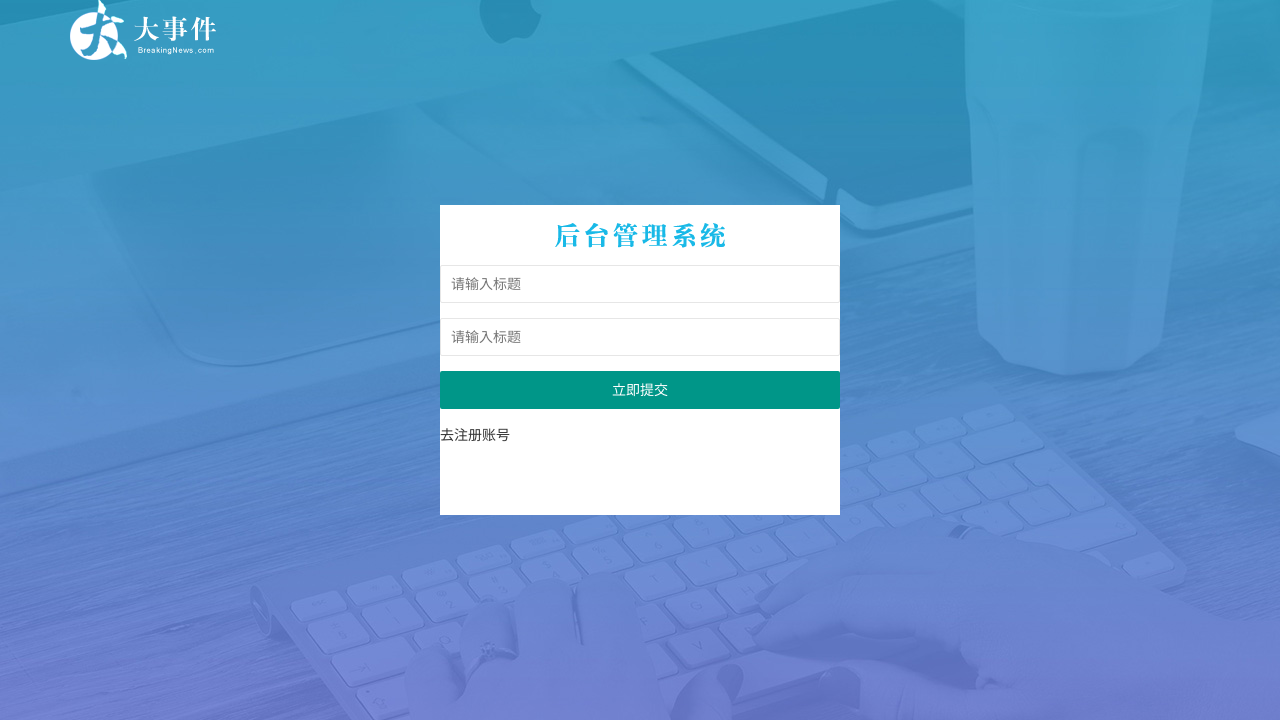
Repository: hjg520/web_bigevent
Page: login.html
These files come from the project's save history. The page is drawn as it stood at one moment and after a run of saves; the edit follows.
The browser window is 1280 px wide. The pictures show the whole page.

Above is the page before, as saved 2022-05-08 16:11:42.

### login.html
<!DOCTYPE html>
<html lang="en">
<head>
    <meta charset="UTF-8">
    <meta http-equiv="X-UA-Compatible" content="IE=edge">
    <meta name="viewport" content="width=device-width, initial-scale=1.0">
    <title>大事件-登录/注册</title>
    <!-- 导入自己的样式表 -->
    <link rel="stylesheet" href="/assets/css/login.css" />
    <!-- 导入Layui的样式表 -->
    <link rel="stylesheet" href="/assets/lib/layui/css/layui.css">
</head>
<body>
    <!-- 头部的 Logo 区域 -->
    <div class="layui-main">
        <img src="/assets/images/logo.png" alt="" />
    </div>

    <!-- 登录注册区域 -->
    <div class="loginAndRegBox">
        <div class="title-box"></div>
        <!-- 登录的div -->
        <div class="login-box">
            <!-- 登录的表单 -->
            <form class="layui-form" action="">
                <!-- 用户名 -->
                <div class="layui-form-item">
                    <input type="text" name="title" required  lay-verify="required" placeholder="请输入标题" autocomplete="off" class="layui-input">
                </div>
                <!-- 密码 -->
                <div class="layui-form-item">
                    <input type="text" name="title" required  lay-verify="required" placeholder="请输入标题" autocomplete="off" class="layui-input">
                </div>
                <!-- 登录按钮 -->
                <div class="layui-form-item">
                    <!-- 注意: 表单提交按钮和普通按钮的区别， 就是lay-submit -->
                    <button class="layui-btn layui-btn-fluid" lay-submit lay-filter="formDemo">立即提交</button>
            </div>
            </form>
            <div class="layui-form-item">
            <a href="javascript:;" id="link_reg">去注册账号</a>
        </div>
        </div>
        <!-- 注册的div -->
        <div class="reg-box">
            <a href="javascript:;" id="link_login">去登录</a>
        </div>
    </div>

    <!-- 导入JQuery -->
    <script src="/assets/lib/jquery.js"></script>
    <!-- 导入自己的JavaScript 脚本 -->
    <script src="/assets/js/login.js"></script>
    <script></script>
</body>
</html>

### assets/css/login.css
html,
body{

    margin: 0;

    padding: 0;

    height: 100%;

    width: 100%;

    background: url('/assets/images/login_bg.jpg')

    no-repeat center;

    background-size: cover;

}

.loginAndRegBox {

    width: 400px;

    height: 310px;

    background-color: #fff;

    position: absolute;

    left: 50%;

    top: 50%;

    transform: translate(-50%, -50%);
}

.title-box {

    height: 60px;

    background: url('/assets/images/login_title.png')

    no-repeat center;
}

.reg-box {

    display: none;
}

.layui-form {

}

### assets/js/login.js
$(function(){

    // 点击"去注册账号的链接"

    $('#link_reg').on('click', function(){

        $('.login-box').hide()

        $('.reg-box').show()
    })

    // 点击"去登陆"的链接
    $('#link_login').on('click',function(){

        $('.login-box').show()

        $('.reg-box').hide()
    })
})

Loaded but not shown: assets/lib/layui/css/layui.css (library); assets/lib/jquery.js (library)

After the next 3 saves:
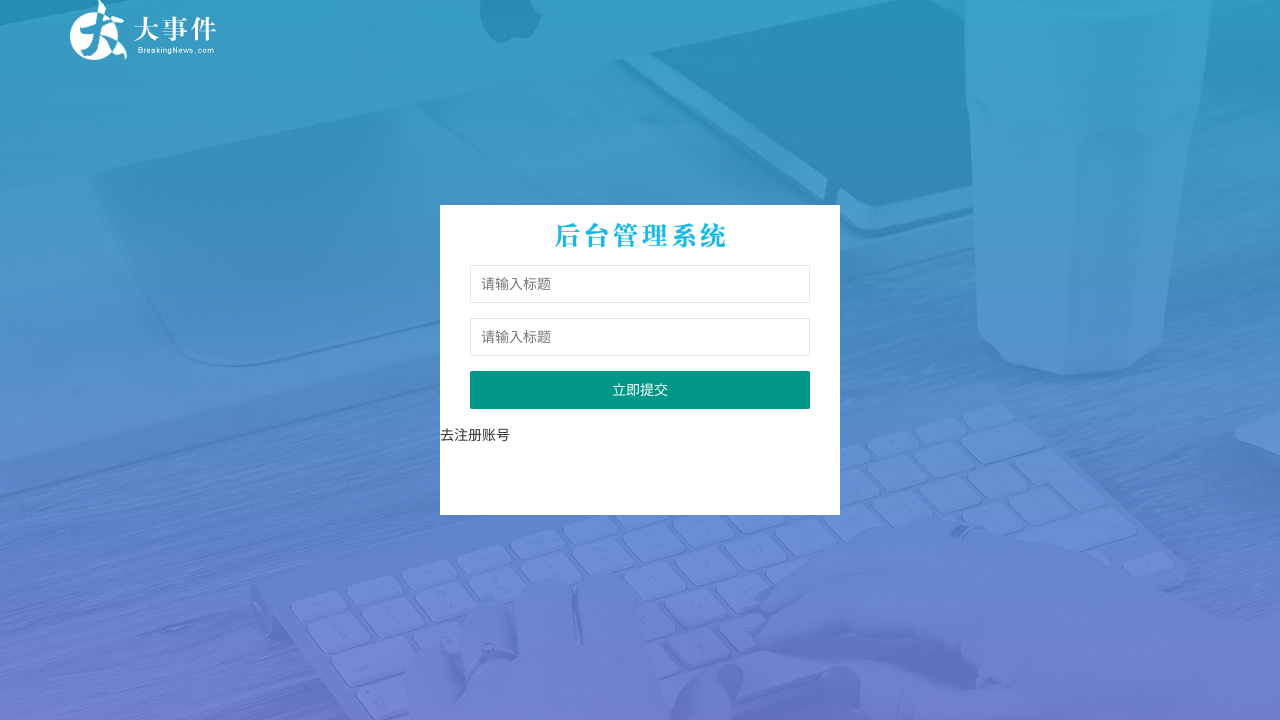
The 3 saves are shown as one change because they came seconds apart.
The last was saved 10 s later.
--- a/assets/css/login.css
+++ b/assets/css/login.css
@@ -49,5 +49,5 @@
 }
 
 .layui-form {
-
+    padding: 0 30px;
 }
